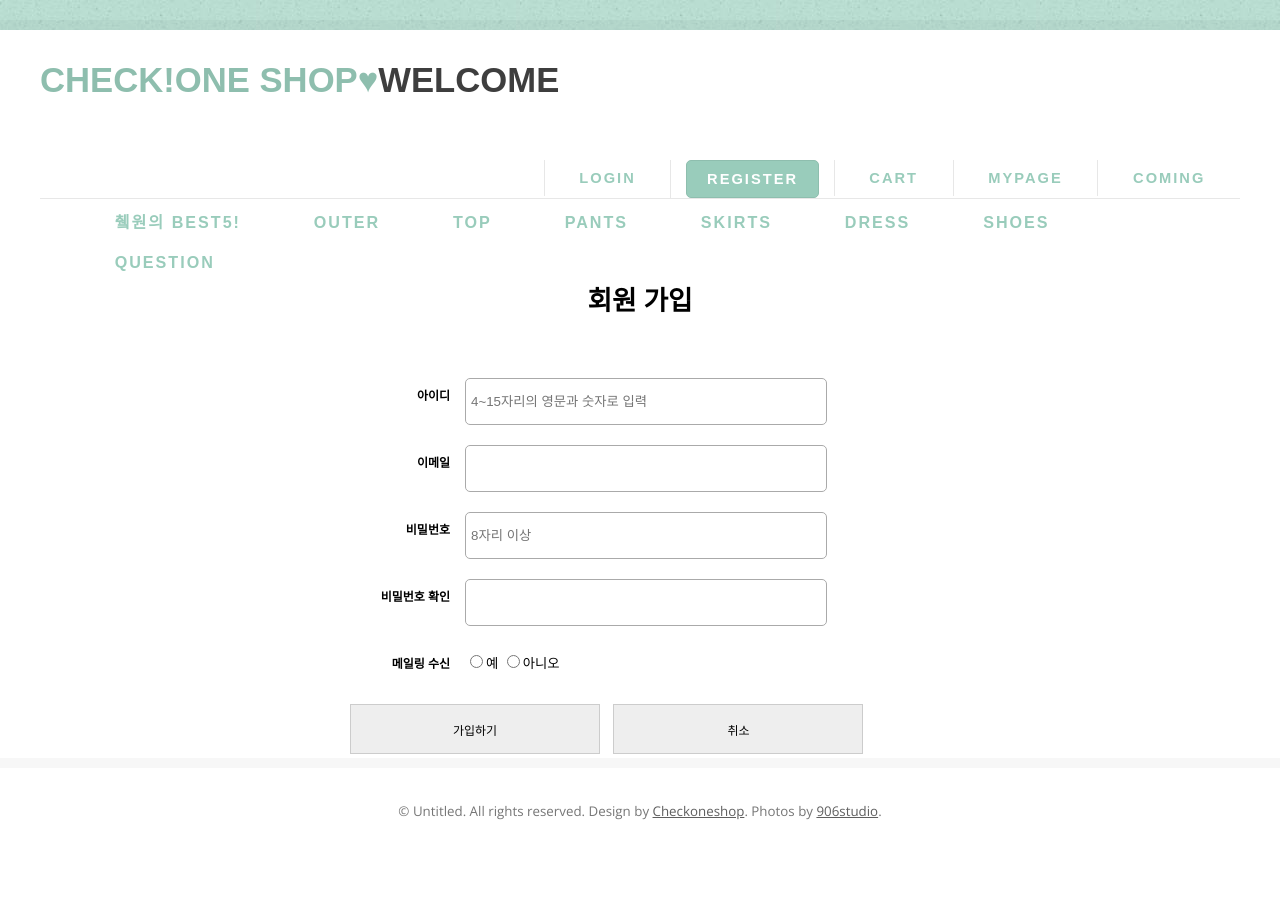
Repository: kch9870/CheckOneShoppingmall
Page: http://localhost/Shoppingmall/Register.jsp
An editor plug-in stored every save of this project. The page is shown before and after the next save, followed by the edit.
The browser window is 1280 px wide. The pictures show the whole page.
Some web fonts or font styles are not loaded; a fallback is used. The page is served by Tomcat 9. Other server files are loaded and not shown.

Above is the page before, as saved 2019-06-05 11:13:36.

### Shoppingmall/WebContent/Register.jsp
<%@ page language="java" contentType="text/html; charset=UTF-8"
    pageEncoding="UTF-8"%>
<!DOCTYPE html PUBLIC "-//W3C//DTD XHTML 1.0 Strict//EN" "http://www.w3.org/TR/xhtml1/DTD/xhtml1-strict.dtd">
<head>
<meta http-equiv="Content-Type" content="text/html; charset=utf-8" />
<title>Check!One Shop♥</title>
<meta name="keywords" content="" />
<meta name="description" content="" />
<link href="http://fonts.googleapis.com/css?family=Open+Sans:400,300,600,700|Archivo+Narrow:400,700" rel="stylesheet" type="text/css">
<link href="css/default.css" rel="stylesheet" type="text/css" media="all" />
<link href="css/register.css" rel="stylesheet" type="text/css" >
</head>
<body>
<div id="wrapper-bg">
	<div id="wrapper">
		<div id="header" class="container">
			<div id="logo">
				<h1><a href="CheckOneShop.jsp"><span>Check!One Shop♥</span>Welcome</a></h1>
			</div>
			<div id="menu">
				<ul>
					<li ><a href="Login.jsp" accesskey="1" title="">Login</a></li>
					<li class="active"><a href="#" accesskey="2" title="">Register</a></li>
					<li><a href="Cart.jsp" accesskey="3" title="">Cart</a></li>
					<li><a href="" accesskey="4" title="">MyPage</a></li>
					<li><a href="#" accesskey="5" title="">Coming</a></li>
				</ul>
			</div>
		</div>
		<div class='clear'></div>
			<nav class="container">
				<ul id="menubar">
					<li><a href="Best5.jsp">췤원의 Best5!</a></li>
					<li><a href="Outer.jsp">Outer</a>
						 <ul>
				           <li><a href="#">자켓</a></li>
				           <li><a href="#">점퍼</a></li>
				           <li><a href="#">코트</a></li>
				           <li><a href="#">가디건</a></li>
				         </ul>
				    </li>
					<li><a href="#">Top</a>
						 <ul>
				           <li><a href="#">티셔츠</a></li>
				           <li><a href="#">민소매</a></li>
				           <li><a href="#">맨투맨/후드</a></li>
				           <li><a href="#">셔츠/블라우스</a></li>
				         </ul>
					</li>
					<li><a href="#">Pants</a>
						 <ul>
				           <li><a href="#">데님</a></li>
				           <li><a href="#">코튼</a></li>
				           <li><a href="#">슬랙스</a></li>
				           <li><a href="#">숏팬츠</a></li>
				         </ul>
					</li>
					<li><a href="#">Skirts</a>
						 <ul>
				           <li><a href="#">미니</a></li>
				           <li><a href="#">롱</a></li>
				         </ul>
					</li>
					<li><a href="#">Dress</a>
						 <ul>
				           <li><a href="#">미니</a></li>
				           <li><a href="#">롱</a></li>
				           <li><a href="#">오버롤</a></li>
				           <li><a href="#">세트</a></li>
				         </ul>
					</li>
					<li><a href="#">Shoes</a>
						 <ul>
				           <li><a href="#">로퍼/플랫</a></li>
				           <li><a href="#">스니커즈</a></li>
				           <li><a href="#">샌들/슬리퍼</a></li>
				           <li><a href="#">부츠</a></li>
				         </ul>
					</li>
					<li><a href="#">Question</a>
						 <ul>
				           <li><a href="#">문의</a></li>
				           <li><a href="#">공지사항</a></li>
				         </ul>
					</li>
				</ul>
			</nav>
			<div class='clear'></div>
			<div id="container">
				<h1 id="h1-register">회원 가입</h1>
				<section>
				<ul id="user-info">
					<li>
						<label for="user-id" class="field">아이디</label>
						<input type="text" id="user-id" placeholder="4~15자리의 영문과 숫자로 입력" required onchange="checkId()">
					</li>
					<li>
						<label for="email" class="field">이메일</label>
						<input type="email" id="email" required>
					</li>
					<li>
						<label for="user-pw1" class="field">비밀번호</label>
						<input type="password" id="user-pw1" placeholder="8자리 이상" required onchange="checkPw()">
					</li>
					<li>
						<label for="user-pw2" class="field">비밀번호 확인</label>
						<input type="password" id="user-pw2" required onchange="comparePw()">
					</li>
					<li>
						<label class="field">메일링 수신</label>
						<label class="r"><input type="radio" value="yes" name="mailing">예</label>
						<label class="r"><input type="radio" value="no" name="mailing">아니오</label>
					</li>
				</ul>
				<ul id="buttons">
					<li>
						<button type="submit" class="btn btnBlack" onclick= "checkregister()">가입하기</button>
					</li>
					<li>
						<button type="reseet" class="btn btnGray">취소</button>
					</li>
				</ul>
			</section>
			</div>

	<div id="footer">
	<p>&copy; Untitled. All rights reserved. Design by <a href="http://templated.co" rel="nofollow">Checkoneshop</a>. Photos by <a href="http://m.906studio.co.kr/">906studio</a>.</p>
</div>
<script src="js/register-result.js"></script>
</body>
</html>

### Shoppingmall/WebContent/css/default.css
@charset "EUC-KR";
html, body
{
	height: 100%;
}

body
{
	margin: 0px;
	padding: 0px;
	font-family: 'Open Sans', sans-serif;
	font-size: 10pt;
	color: #000000;
}
header h2
{
	text-align:center;

}

h1, h2, h3
{
	margin: 0;
	padding: 0;
}

p, ol, ul
{
	margin-top: 0px;
}

p
{
	line-height: 200%;
}

strong
{
}

a
{
	color: #0000FF;
}

a:hover
{
	text-decoration: none;
}

a img
{
	border: none;
}

.image
{
	display: inline-block;
}

.image img
{
	display: block;
	width: 100%;
}

.image-full
{
	display: block;
	width: 100%;
	margin: 0 0 2em 0;
}

.image-left
{
	float: left;
	margin: 0 2em 2em 0;
}

.image-centered
{
	display: block;
	margin: 0 0 2em 0;
}

.image-centered img
{
	margin: 0 auto;
	width: auto;
}

img.border
{
}

img.alignleft
{
	float: left;
}

img.alignright
{
	float: right;
}

img.aligncenter
{
	margin: 0px auto;
}

hr
{
	display: none;
}

.button-style
{
	display: inline-block;
	margin-top: 20px;
	padding: 10px 20px;
	background: #99CCBB;
	border-radius: 5px;
	box-shadow: 0px 0px 0px 5px rgba(255,255,255,0.1);
	border: 1px solid #8EBEAE;
	line-height: normal;
	text-align: center;
	text-decoration: none;
	text-transform: uppercase;
	text-shadow: 0px 1px 0px rgba(0,0,0,.2);
	font-size: 1em;
	font-weight: 400;
	color: #FFF !important;
}

.button-style a
{
	text-decoration: none;
	color: #FFF !important;
}

ul.style3
{
	margin: 0;
	padding: 0;
	overflow: hidden;
	list-style: none;
	color: #6c6c6c
}

ul.style3 li
{
	padding: 0px 0px 5px 0px;
	margin: 0 0 1em 0;
}

ul.style3 p
{
	margin: 0;
}

ul.style3 a
{
	display: block;
	text-decoration: none;
	color: #6c6c6c;
}

ul.style3 a:hover
{
	text-decoration: underline;
}

ul.style3 h3
{
	padding: 8px 0em 5px 0em;
	text-transform: uppercase;
	font-size: 1.1em;
	font-weight: 700;
	color: #606060;
}

ul.style3-alt h3
{
	color: #FFFFFF;
}

ul.style3 .first
{
	padding-top: 0px;
	background: none;
}

ul.style3 .date
{
	float: left;
	position: relative;
	width: 60px;
	height: 54px;
	margin: 0em 1.5em 0em 0em;
	padding: 8px 0em 0em 0em;
	background: #99CCBB;
	border-radius: 5px;
	box-shadow: 0px 0px 0px 5px rgba(255,255,255,0.1);
	border: 1px solid #8EBEAE;
	line-height: normal;
	text-align: center;
	text-transform: uppercase;
	text-shadow: 0px 1px 0px rgba(0,0,0,.2);
	font-size: 1em;
	font-weight: 400;
	color: #FFF;
}

ul.style3 .date:after
{
	content: '';
	display: block;
	position: absolute;
	left: 0;
	top: 0;
	width: 100%;
	height: 100%;
	border-radius: 6px;
}

ul.style3 .date b
{
	margin: 0;
	padding: 0;
	display: block;
	margin-top: -5px;
	font-size: 1.8em;
	font-weight: 700;
	color: #FFFFFF;
}

ul.style3 .date a
{
	color: #FFFFFF !important;
}

ul.style3 .date a:hover
{
	text-decoration: none;
}

	ul.style5
	{
		margin: 0;
		padding: 0;
		list-style: none;
	}

		ul.style5 li
		{
			clear: both;
			border-top: 1px solid #8EBEAE;
		}

		ul.style5 span
		{
			padding: 1em 0em;
			line-height: 1.75em;
		}

		ul.style5 .address
		{
			float: left;
			width: 80px;
			display: inline-block;
			font-weight: 600;
		}

		ul.style5 .address-01
		{
			float: left;
			display: inline-block;
		}

		ul.style5 .mail
		{
			float: left;
			width: 80px;
			display: inline-block;
			font-weight: 600;
		}

		ul.style5 .mail-01
		{
			display: inline-block;
		}

		ul.style5 .phone
		{
			float: left;
			width: 80px;
			display: inline-block;
			font-weight: 600;
		}

		ul.style5 .phone-01
		{
			float: left;
			display: inline-block;
		}

		ul.style5 .first
		{
			padding-top: 0em !important!;
			border-top: none;
		}


/** WRAPPER */

#wrapper-bg
{
	overflow: hidden;
	background: url(images/bg01.jpg) repeat;
}

#wrapper
{
	margin-top: 30px;
	padding-bottom: 50px;
	background: #FFF;
	box-shadow: 0px 10px 0px rgba(0,0,0,0.03), 0px -10px 0px rgba(0,0,0,0.03);
}

.container
{
	width: 1200px;
	margin: 0px auto;
}

.clearfix
{
	clear: both;
}

/** HEADER */

#header
{
	overflow: hidden;
	border-bottom: 1px solid #E7E7E7;
}

/** LOGO */

#logo
{
	float: left;
	width: 300;
}

#logo h1 a
{
	display: block;
	line-height: 100px;
	text-transform: uppercase;
	text-decoration: none;
	font-family: 'Archivo Narrow', sans-serif;
	font-size: 1.3em;
	color: #3E3E3E;
}

#logo span
{
	color: #8EBEAE;
}

/** MENU */

#menu
{
	float: right;
	width: 700px;
}

#menu ul
{
	float: right;
	margin: 0px;
	padding: 30px 0px 0px 0px;
	list-style: none;
	line-height: normal;
}

#menu li
{
	float: left;
	border-left: 1px solid #E7E7E7;
}

#menu a
{
	display:inline-block;
	padding: 10px 20px;
	margin: 0em 1em;
	letter-spacing: 2px;
	text-decoration: none;
	text-transform: uppercase;
	font-family: 'Archivo Narrow', sans-serif;
	font-size: 1.10em;
	font-weight: 600;
	color: #99CCBB;
}

#menu .active a
{
	background: #99CCBB;
	border-radius: 5px;
	box-shadow: 0px 0px 0px 5px rgba(255,255,255,0.1);
	border: 1px solid #8EBEAE;
	color: #FFFFFF;
}

#menu .active a:hover
{
	background-color: #94C5B5;
}

#menu .active a:active
{
	background-color: #8EBEAE;
}

#menu a:hover
{
	text-decoration: none;
}
/**TOP */
nav ul
{
	list-style-type:none;
}
nav ul li
{
	display:inline-block;
	padding: 10px 20px;
	margin: 0em 1em;
	letter-spacing: 2px;
	text-decoration: none;
	text-transform: uppercase;
	font-family: 'Archivo Narrow', sans-serif;
	font-size: 1.10em;
	font-weight: 600;
	color: #99CCBB;
}
nav ul li a
{
	text-decoration: none;
	text-transform: uppercase;
	font-family: 'Archivo Narrow', sans-serif;
	font-size: 1.10em;
	font-weight: 600;
	color: #99CCBB;
}
nav
{
	width:995px;
	height:30px;
	margin-top:50px;
}
/** MENUBAR */
#menubar li ul
{
	background: rgb(109,109,109);
	display:none;  /* 평상시에는 서브메뉴가 안보이게 하기 */
	height:auto;
	padding:0px;
	margin:0px;
	border:0px;
	position:absolute;
	width:200px;
	z-index:200;
}
}
/** PAGE */

#page
{
}

/** CONTENT */

#content
{
	text-align: center;
}

/** SIDEBAR */

#sidebar
{
}

/* Footer */

#footer-content
{
	overflow: hidden;
	padding: 70px 0px 50px 0px;
	color: #515151;
}

#footer-content a
{
	color: #515151;
}

#footer-content h2
{
	margin-bottom: 30px;
	text-transform: uppercase;
	color: #515151;
}

#footer-content #fbox1
{
	float: left;
	width: 384px;
	margin-right: 24px;
}

#footer-content #fbox2
{
	float: left;
	width: 446px;
	padding: 0px 20px;
}

#footer-content #fbox3
{
	float: right;
	width: 282px;
}

#footer
{
	overflow: hidden;
	padding: 30px 0px;
	box-shadow: 0px -10px 0px rgba(0,0,0,0.03);
}

#footer p
{
	text-align: center;
	color: #767676;
}

#footer a
{
	color: #5f5f5f;
}

#banner
{
	padding: 30px 0px;
}

/* Three Column Content */

#three-column
{
	overflow: hidden;
	padding-top: 30px;
}

#three-column header
{
	letter-spacing: -1px;
	text-transform: uppercase;
	margin-bottom: 2em;
	font-size: 1.5em;
}

#three-column .tbox1 h2, #three-column .tbox2 h2, #three-column .tbox3 h2
{
	margin-bottom: 1em;
	text-transform: uppercase;
	color: #515151;
}

#three-column .tbox1
{
	float: left;
	width: 384px;
	margin-right: 24px;
}

#three-column .tbox2
{
	float: left;
	width: 384px;
}

#three-column .tbox3
{
	float: right;
	width: 384px;
}

### Shoppingmall/WebContent/css/register.css
#container{
	width:1200px;
	margin:0 auto;

}
section
{
	margin-left: 270px;
}
#user-info {
	list-style:none;
}
#user-info li {
	clear:both;
}
.field {
	float:left;
	width:100px;
	font-weight:bold;
	font-size:0.9em;
	line-height: 55px;
	text-align:right;
	margin-right:15px;
}
input[type="text"], input[type="password"], input[type="email"] {
	float:left;
	width:350px;
	height:35px;
	border:1px solid #aaa;
	border-radius:5px;
	padding:5px;
	margin:10px 0;
	float:left;
}

.r {
	line-height:55px;
}

#buttons > li {
	display:inline-block;
}
button {
	width:250px;
	height:50px;
	margin-right:10px;
	border:1px solid #ccc;
	background:#eee;
	font-size:0.9em;
}
footer
	{

	}
#h1-register
{
	text-align: center;
	margin-top: 50px;
	margin-bottom: 50px;
}

Loaded but not shown: Shoppingmall/WebContent/js/register-result.js (no copy from this time; the picture is the same without it)

After the next save:
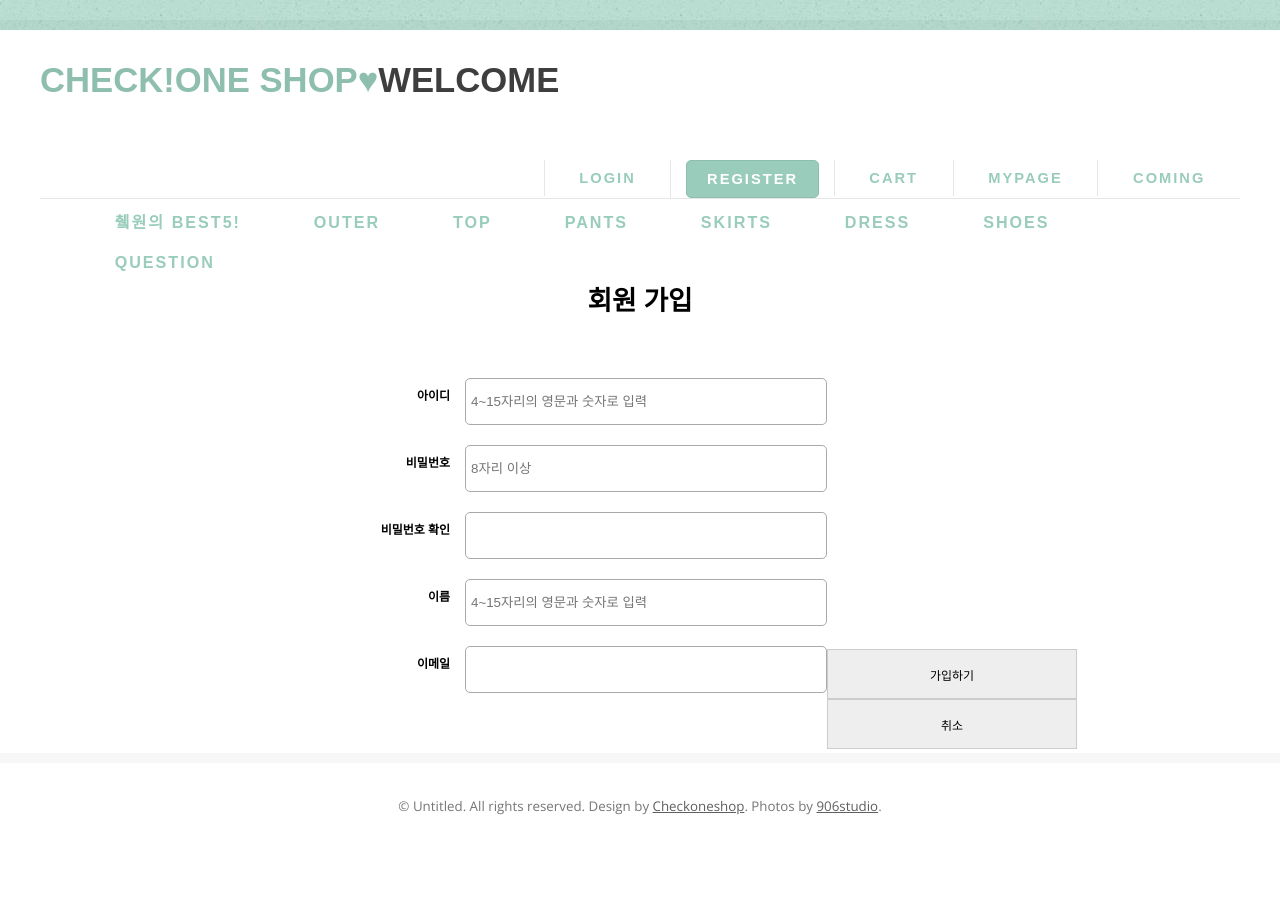
Saved 12 min 54 s later.
--- a/Shoppingmall/WebContent/Register.jsp
+++ b/Shoppingmall/WebContent/Register.jsp
@@ -95,10 +95,6 @@
 						<input type="text" id="user-id" placeholder="4~15자리의 영문과 숫자로 입력" required onchange="checkId()">
 					</li>
 					<li>
-						<label for="email" class="field">이메일</label>
-						<input type="email" id="email" required>
-					</li>
-					<li>
 						<label for="user-pw1" class="field">비밀번호</label>
 						<input type="password" id="user-pw1" placeholder="8자리 이상" required onchange="checkPw()">
 					</li>
@@ -107,9 +103,12 @@
 						<input type="password" id="user-pw2" required onchange="comparePw()">
 					</li>
 					<li>
-						<label class="field">메일링 수신</label>
-						<label class="r"><input type="radio" value="yes" name="mailing">예</label>
-						<label class="r"><input type="radio" value="no" name="mailing">아니오</label>
+						<label for="name" class="field">이름</label>
+						<input type="text" id="name" placeholder="4~15자리의 영문과 숫자로 입력" required onchange="checkId()">
+					</li>
+					<li>
+						<label for="email" class="field">이메일</label>
+						<input type="email" id="email" required>
 					</li>
 				</ul>
 				<ul id="buttons">
